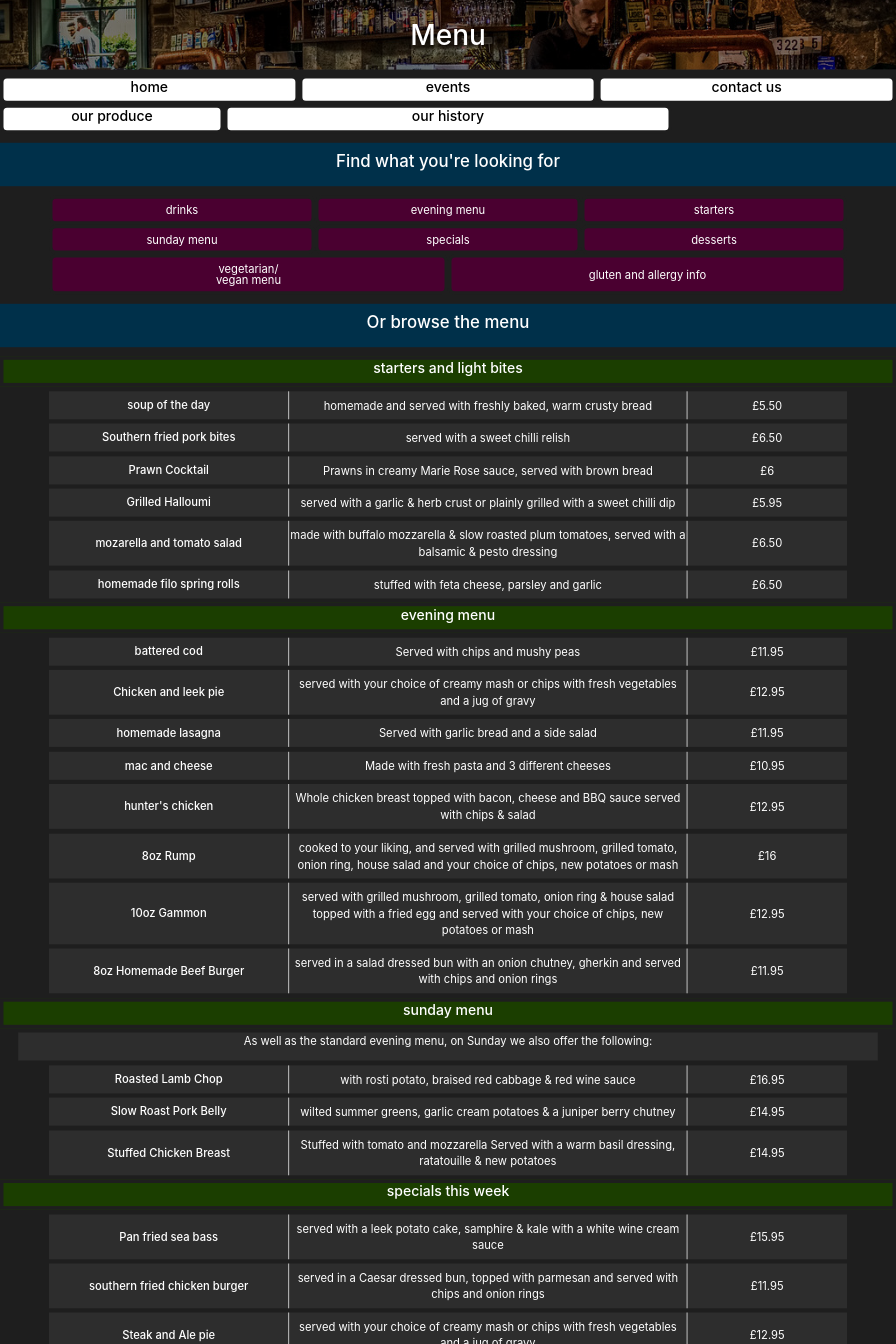
Repository: Code-Institute-Submissions/JamesLStudent-Milestone_One
Page: menu.html
The author's editor kept a record of every edit. The page is drawn from the files as they stood at one moment, then again after the next edit.
The browser window is 1280 px wide. The pictures show the part of the page from y = 0 to 1920 px (the page is 3197 px tall), at 70% of full size.

Above is the page before.
Console error: TypeError: Cannot read properties of undefined (reading 'fn')

After the next edit:
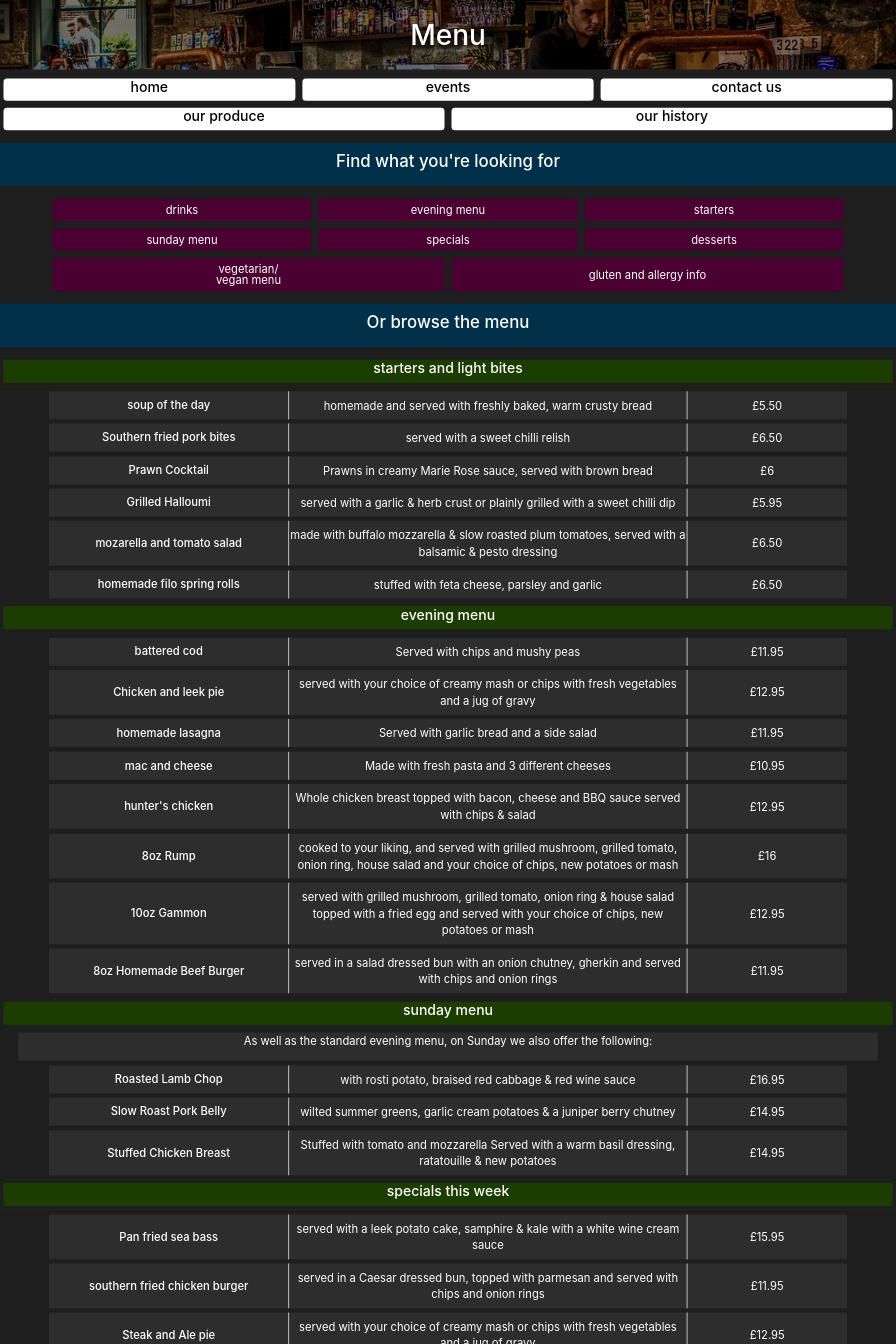
The edit:
--- a/menu.html
+++ b/menu.html
@@ -66,7 +66,7 @@
             </div>
         </a>
         <a href="produce.html">
-            <div class="col-12 col-md-12 col-lg-3 navigation-item black-text">
+            <div class="col-12 col-md-12 col-lg-6 navigation-item black-text">
                 <h5>our produce</h5>
             </div>
         </a>
